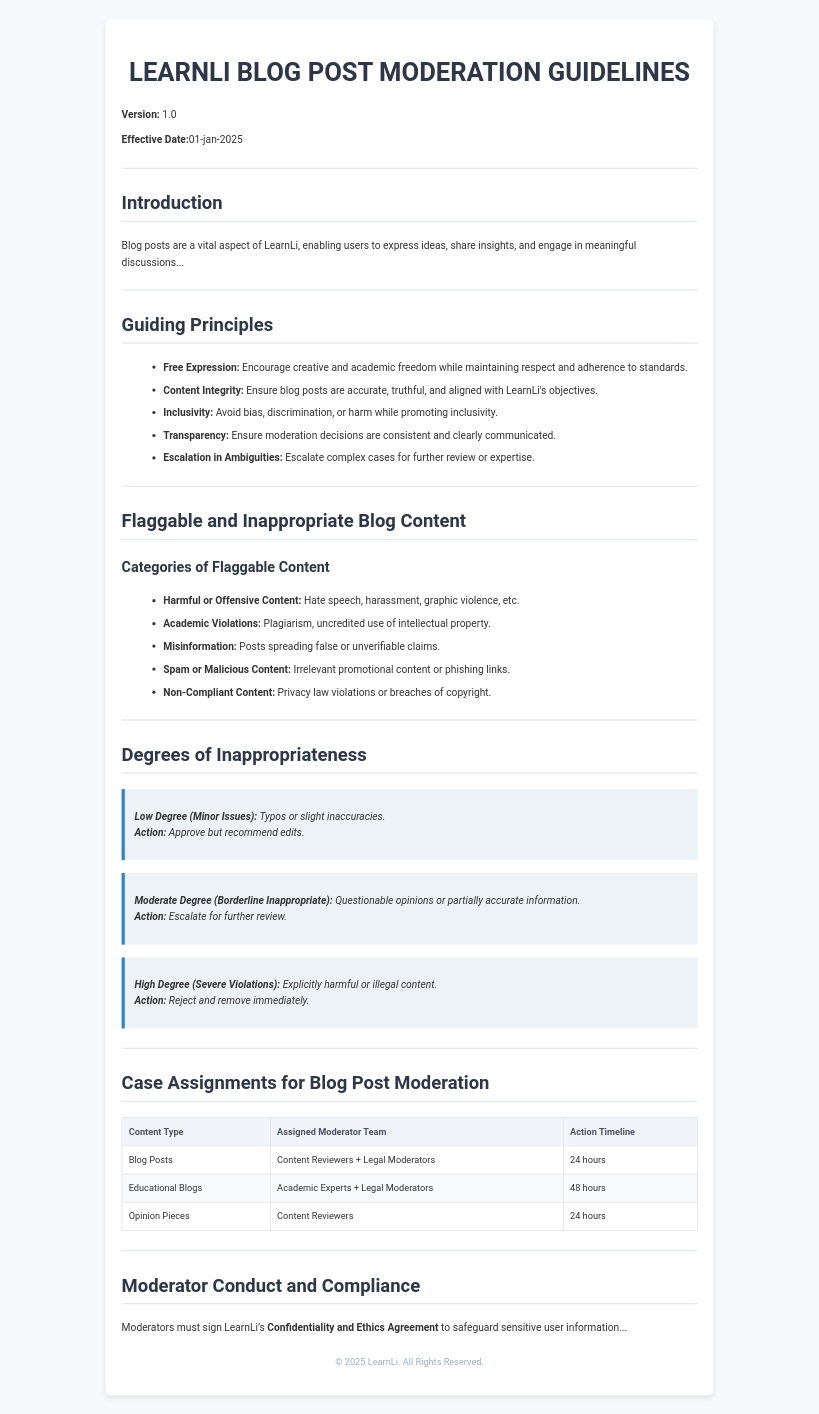
Repository: Learnli23/Learnli
Page: Learnli/users/templates/blogposts_guide.html
An editor plug-in stored every save of this project. The page is shown before and after the next save, followed by the edit.
The browser window is 1280 px wide. The pictures show the whole page, at 64% of full size.
The template is drawn by Django 2.2. The application's start-up code is not run. The template is opened directly, without the code that normally fills it, so the values that code supplies are empty.

Above is the page before, as saved 2024-12-08 09:59:16.

After the next save:
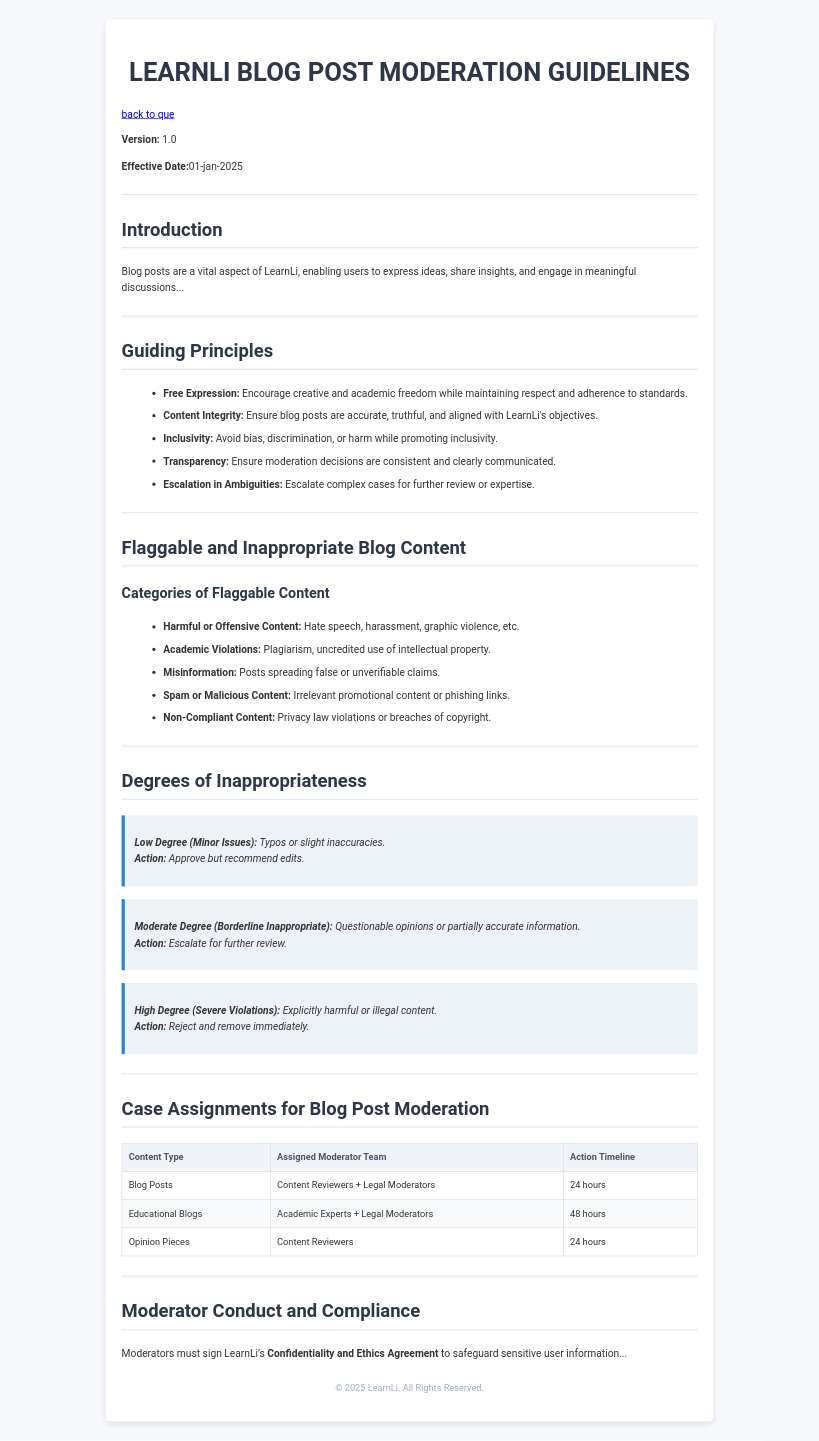
Saved 23 min 45 s later.
--- a/Learnli/users/templates/blogposts_guide.html
+++ b/Learnli/users/templates/blogposts_guide.html
@@ -108,6 +108,7 @@
 <body>
     <div class="container">
         <h1>LearnLi Blog Post Moderation Guidelines</h1>
+        <a href="{% url 'reported_blogs' %}">back to que</a>
         <p><strong>Version:</strong> 1.0</p>
         <p><strong>Effective Date:</strong>01-jan-2025</p>
 
